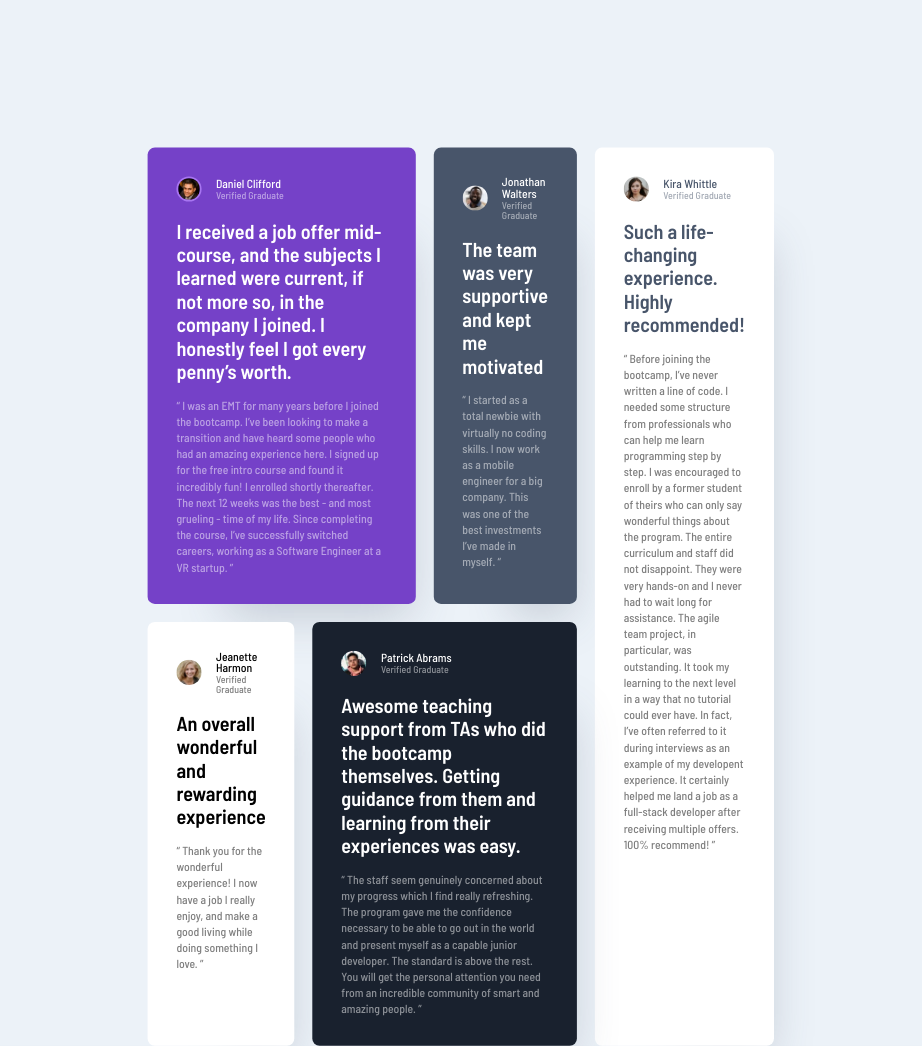
Repository: brandontaylor1/testimonial-card
Page: index.html
These files come from the project's save history. The page is drawn as it stood at one moment and after the next save; the edit follows.
The browser window is 1024 px wide. The pictures show the whole page, at 90% of full size.

Above is the page before, as saved 2025-01-11 00:27:19.

After the next save:
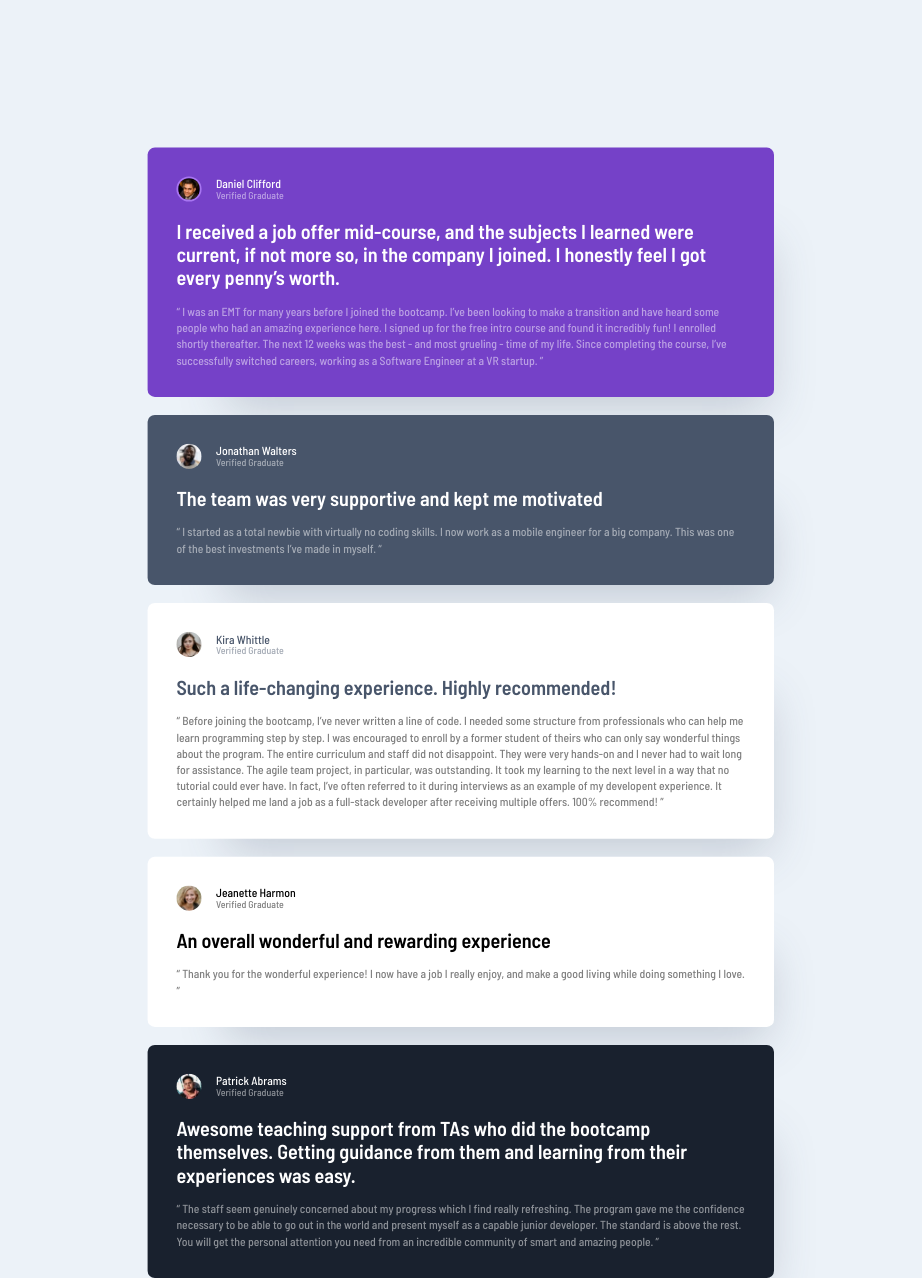
Saved 33 s later.
--- a/styles.css
+++ b/styles.css
@@ -131,3 +131,37 @@
     color: var(--primary-white);
 
 }
+
+
+@media screen and (max-width: 1200px) {
+    .testimonial-grid {
+        width: 100%;
+        grid-template-columns: repeat(2, 1fr);
+        grid-template-rows: repeat(4, 1fr);
+    }
+
+    #card-1 {
+        grid-column: 1 / span 2;
+        grid-row: 1 / span 1;
+    }
+
+    #card-2 {
+        grid-column: 1 / span 2;
+        grid-row: 2 / span 1;
+    }
+
+    #card-3 {
+        grid-column: 1 / span 2;
+        grid-row: 3 / span 1;
+    }
+
+    #card-4 {
+        grid-column: 1 / span 2;
+        grid-row: 4 / span 1;
+    }
+
+    #card-5 {
+        grid-column: 1 / span 2;
+        grid-row: 5 / span 1;
+    }
+}
